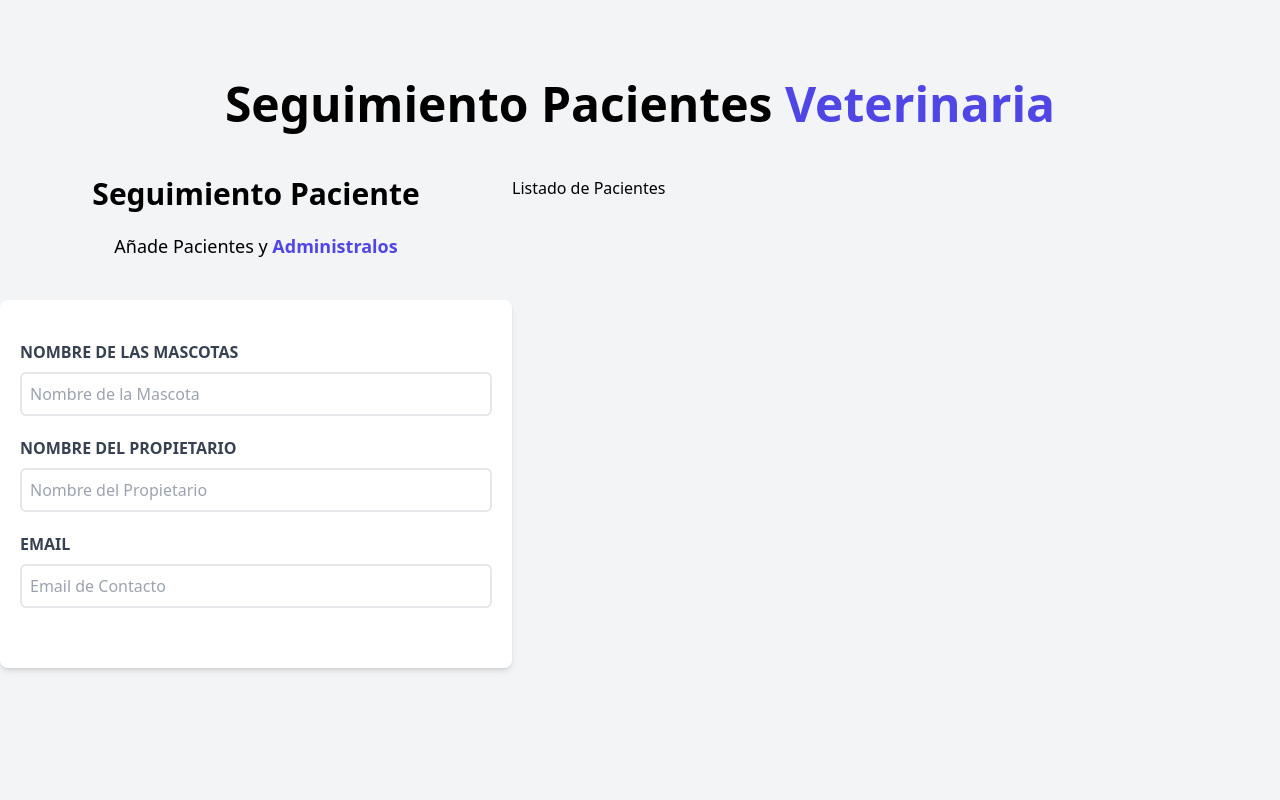
Repository: richardacb/citas_react_vite
Page: /
An editor plug-in stored every save of this project. The page is shown before and after the next save, followed by the edit.
The browser window is 1280 px wide. The pictures show the whole page.
The project was rebuilt for these pictures with package versions that can differ from the ones it lists, and the page was loaded fresh each time. Also part of the build but not shown: vite.config.js.

Above is the page before, as saved 2022-12-17 02:50:52.

After the next save:
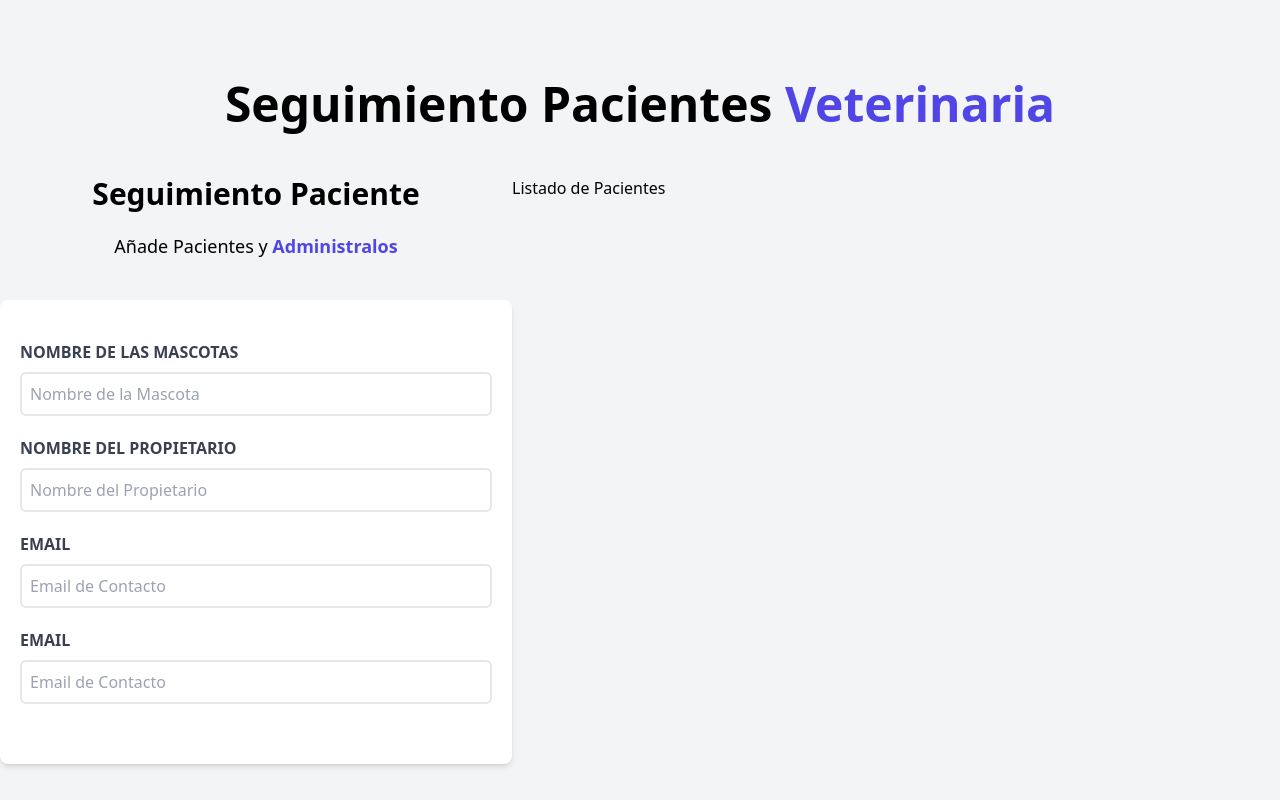
Saved 35 s later.
--- a/src/components/Formulario.jsx
+++ b/src/components/Formulario.jsx
@@ -44,6 +44,18 @@ const Formulario = () => {
                     />
                 </div>
 
+                <div className="mb-5">
+                    <label  htmlFor="email" className="block text-gray-700 uppercase font-bold">
+                        Email
+                    </label>
+                    <input
+                        id="email"
+                        type="email"
+                        placeholder="Email de Contacto"
+                        className="border-2 w-full p-2 mt-2 placeholder-gray-400 rounded-md"
+                    />
+                </div>
+
             </form>
         </div>
     )
